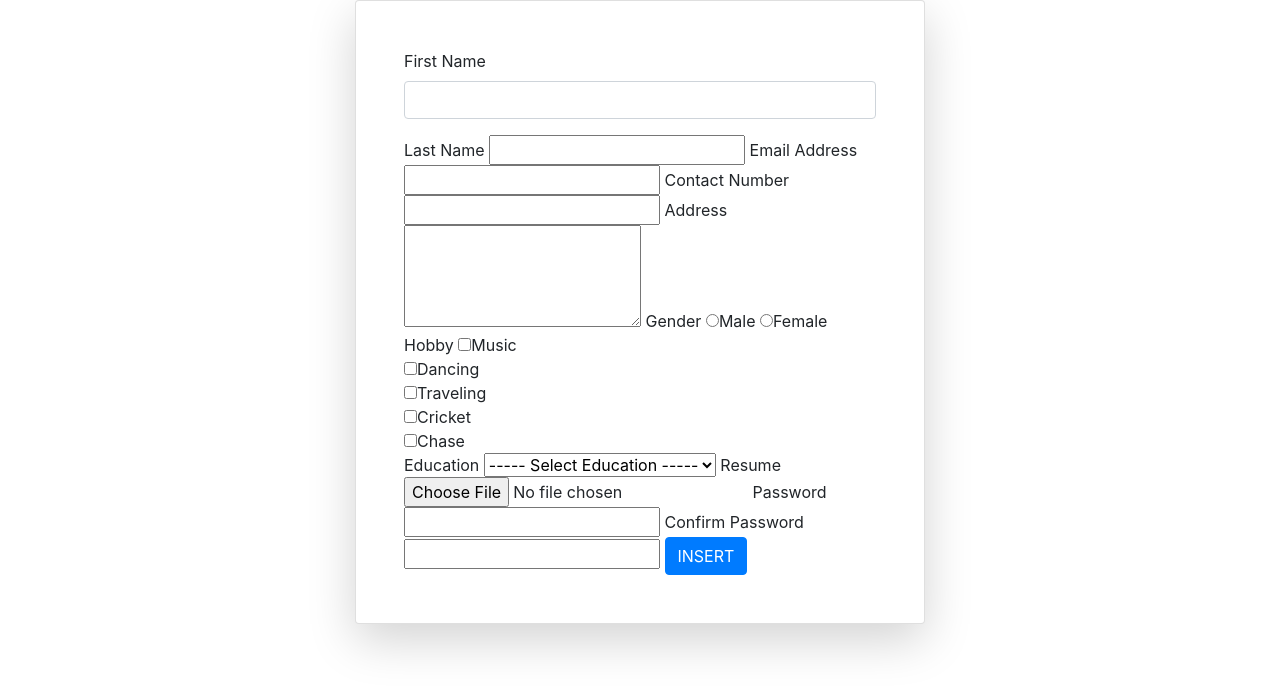
Repository: dhiren1618/OCT-JAVA-2023
Page: http://localhost/AdvancedJava/bootstrap.jsp
The author's editor kept a copy of each file at every save. The page is drawn from the files as they stood at one save, then again after the next save.
The browser window is 1280 px wide. The pictures show the whole page.
The page is served by Tomcat 9.

Above is the page before, as saved 2024-06-15 10:54:36.

After the next save:
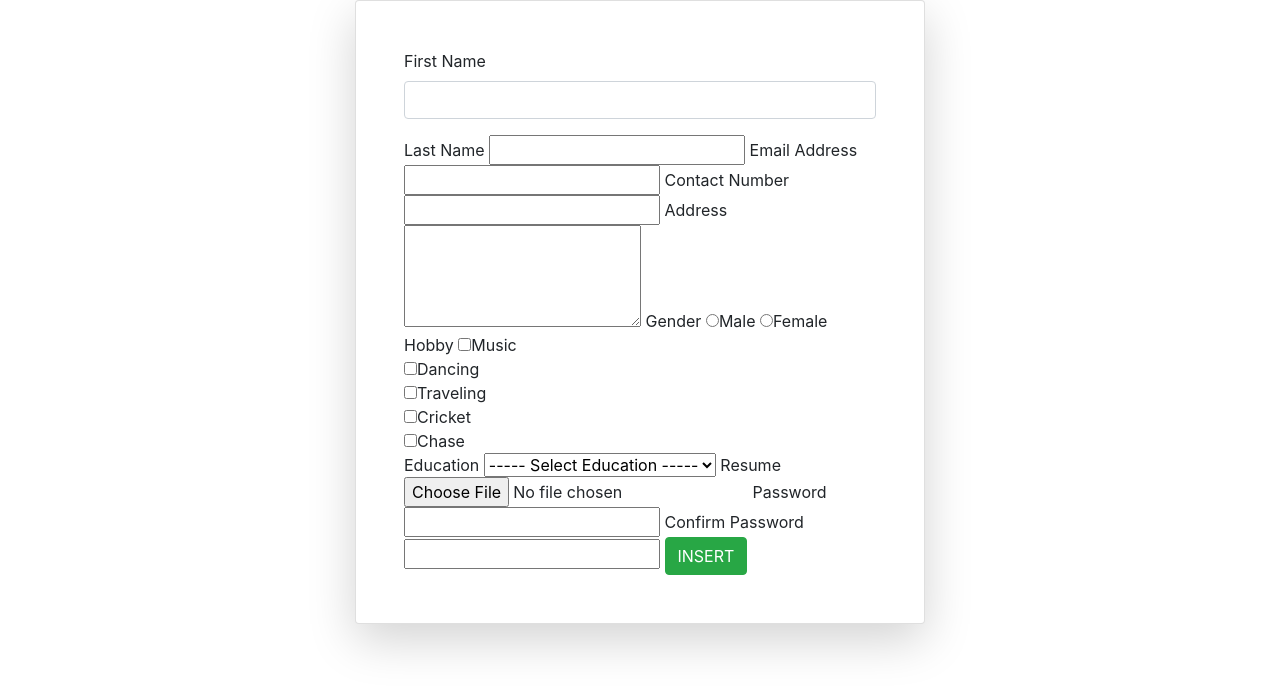
Saved 19 s later.
--- a/AdvancedJava/src/main/webapp/bootstrap.jsp
+++ b/AdvancedJava/src/main/webapp/bootstrap.jsp
@@ -96,7 +96,7 @@
 
 			<tr>
 				<td colspan="2" align="center"><input type="submit"
-					value="INSERT" class="btn btn-primary"></td>
+					value="INSERT" class="btn btn-success"></td>
 			</tr>
 
 
